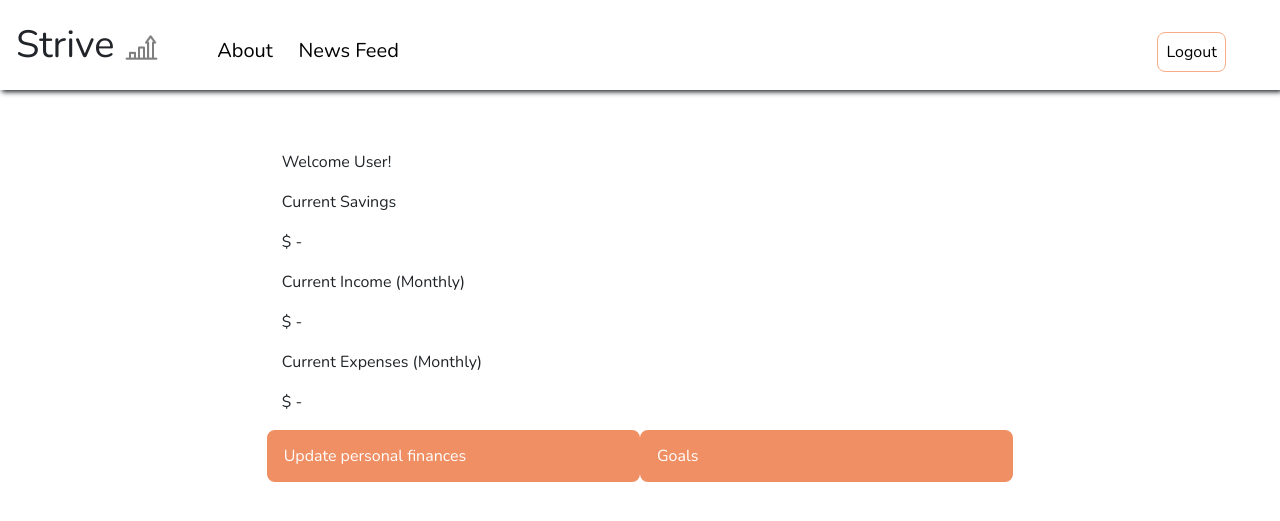
Repository: NoraOK/Strive
Page: http://localhost/strive/WEB-INF/strive/userHome.jsp
The author's editor kept a copy of each file at every save. The page is drawn from the files as they stood at one save, then again after the next save.
The browser window is 1280 px wide. The pictures show the whole page.
The page is served by Tomcat 9. Nobody is signed in. Other server files are loaded and not shown. The template is opened directly, without the code that normally fills it, so the values that code supplies are empty.

Above is the page before, as saved 2019-12-18 23:20:52.

### strive/src/main/webapp/WEB-INF/strive/userHome.jsp
<%@ page language="java" contentType="text/html; charset=UTF-8"
    pageEncoding="UTF-8"%>
<!DOCTYPE html>
<html>
<head>
<meta charset="UTF-8">
<title>Strive | Home</title>
	<link rel="stylesheet"
	href="https://stackpath.bootstrapcdn.com/bootstrap/4.3.1/css/bootstrap.min.css"
	integrity="sha384-ggOyR0iXCbMQv3Xipma34MD+dH/1fQ784/j6cY/iJTQUOhcWr7x9JvoRxT2MZw1T"
	crossorigin="anonymous">
	<link href="/css/userHome.css" rel="stylesheet" type="text/css" />
	<link href="https://fonts.googleapis.com/css?family=Nunito&display=swap"
	rel="stylesheet">
</head>
<body>
	<div>
		<jsp:include page="header.jsp"/>
	</div>
	<div class="body container col-7">
		<div class="info">
			<p> Welcome User! </p>
			<p>Current Savings</p>
			<p>$ - </p>
			<p>Current Income (Monthly)</p>
			<p>$ - </p>
			<p>Current Expenses (Monthly)</p>
			<p>$ - </p>
		</div>
		<div class="row">
			<a href="" class="col button1">Update personal finances</a>
			<a href="" class="col button1">Goals</a>
		</div>
	</div>
</body>
</html>

### strive/src/main/resources/static/css/userHome.css
.body{
	padding-top: 150px;
	font-family: 'Nunito', sans-serif;

}

.button1{
	border:2px solid #EF8F63 ;
	border-radius: 8px;
	background-color: #EF8F63;
	padding: 12px 25px;
	color: white;

}

.button1:hover{
	border:2px solid #EF8F63 ;
	border-radius: 8px;
	background-color: #F9AD86;
	padding: 12px 25px;
	color: white;
}

### strive/src/main/resources/static/css/header.css
header{
	box-shadow: 2px 2px 5px;
	height: 90px;
	z-index: 10;
    position: fixed;
    width: 100%;
    font-family:'Nunito', sans-serif;
    background-color: white;
}

.logo{
	font-size: 38px;

}
.header_img{
	background-color: white;
	width: 35px;
	opacity: .5;
}

.button{
	font-size: 17px;
	color: black;
}

.link {
	font-size: 20px;
	color: black;
}

a:link {
  text-decoration: none;
}

a:visited {
  text-decoration: none;
}

a:hover {
  text-decoration: none;
}

.logout_button{
	border: solid 1.5px #F9AD86;
	border-radius: 8px;
	padding:  8px;
	color: black;
}

.logout_button:hover {
	background-color: #F9AD86;
	color: white;
}

.buttons{
	margin-left: 60%;
}

.home_button{
	color: black;
}

Loaded but not shown: strive/src/main/webapp/WEB-INF/strive/header.jsp (common file)

After the next save:
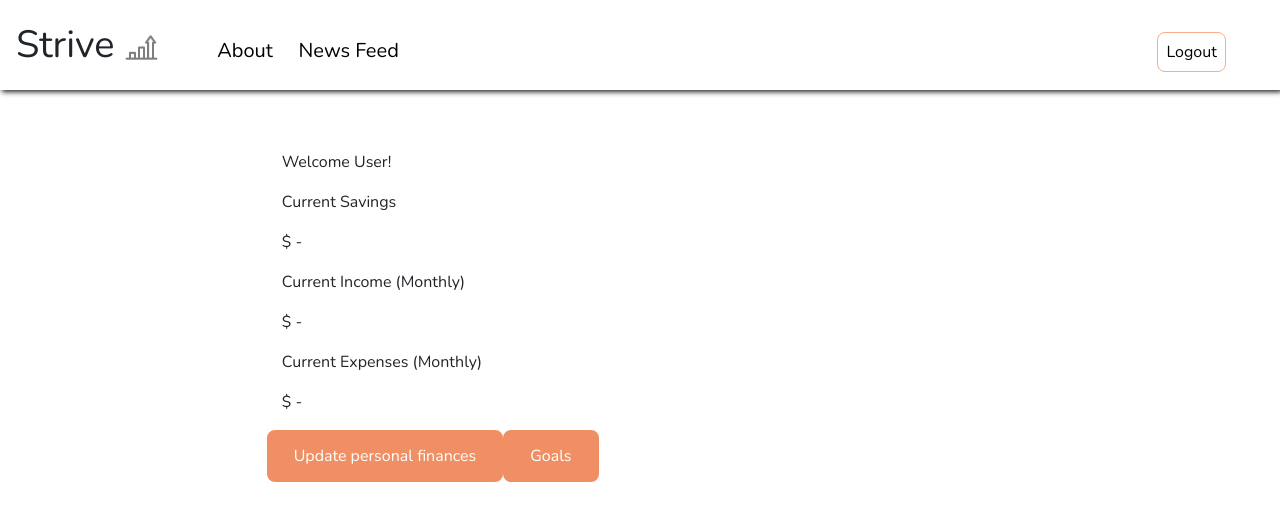
Saved 82 s later.
--- a/strive/src/main/webapp/WEB-INF/strive/userHome.jsp
+++ b/strive/src/main/webapp/WEB-INF/strive/userHome.jsp
@@ -28,8 +28,8 @@
 			<p>$ - </p>
 		</div>
 		<div class="row">
-			<a href="" class="col button1">Update personal finances</a>
-			<a href="" class="col button1">Goals</a>
+			<a href="" class=" d-inline button1">Update personal finances</a>
+			<a href="" class="d-inline button1">Goals</a>
 		</div>
 	</div>
 </body>
